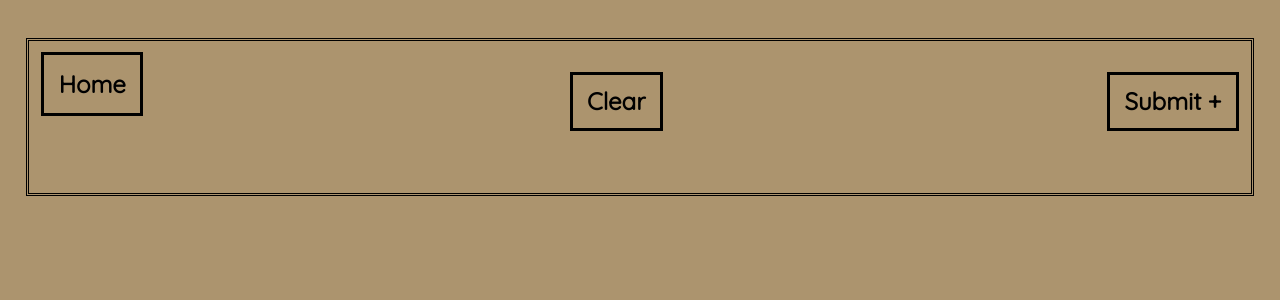
Repository: rickypcyt/ricky-react-portfolio
Page: /WebMural
These files come from the project's save history. The page is drawn as it stood at one moment and after the next save; the edit follows.
The browser window is 1280 px wide. The pictures show the whole page.
The project was rebuilt for these pictures with package versions that can differ from the ones it lists, and the page was loaded fresh each time. Also part of the build but not shown: src/Content.js, src/pages/Info.js, src/pages/Projects.js, src/pages/Contact.js, src/pages/NotesJS.js.

Above is the page before, as saved 2022-09-12 15:01:50.

After the next save:
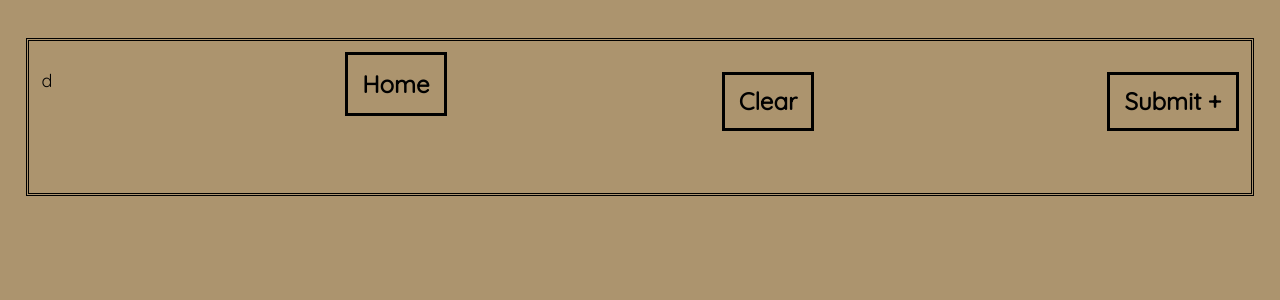
Saved 4 s later.
--- a/src/pages/WebMural.js
+++ b/src/pages/WebMural.js
@@ -31,6 +31,7 @@ const UploadAndDisplayImage = () => {
     <main>
       <nav className="cabeceranavi">
         <ol>
+          d
           <CustomLink to="/" className="oli">
             Home
           </CustomLink>
